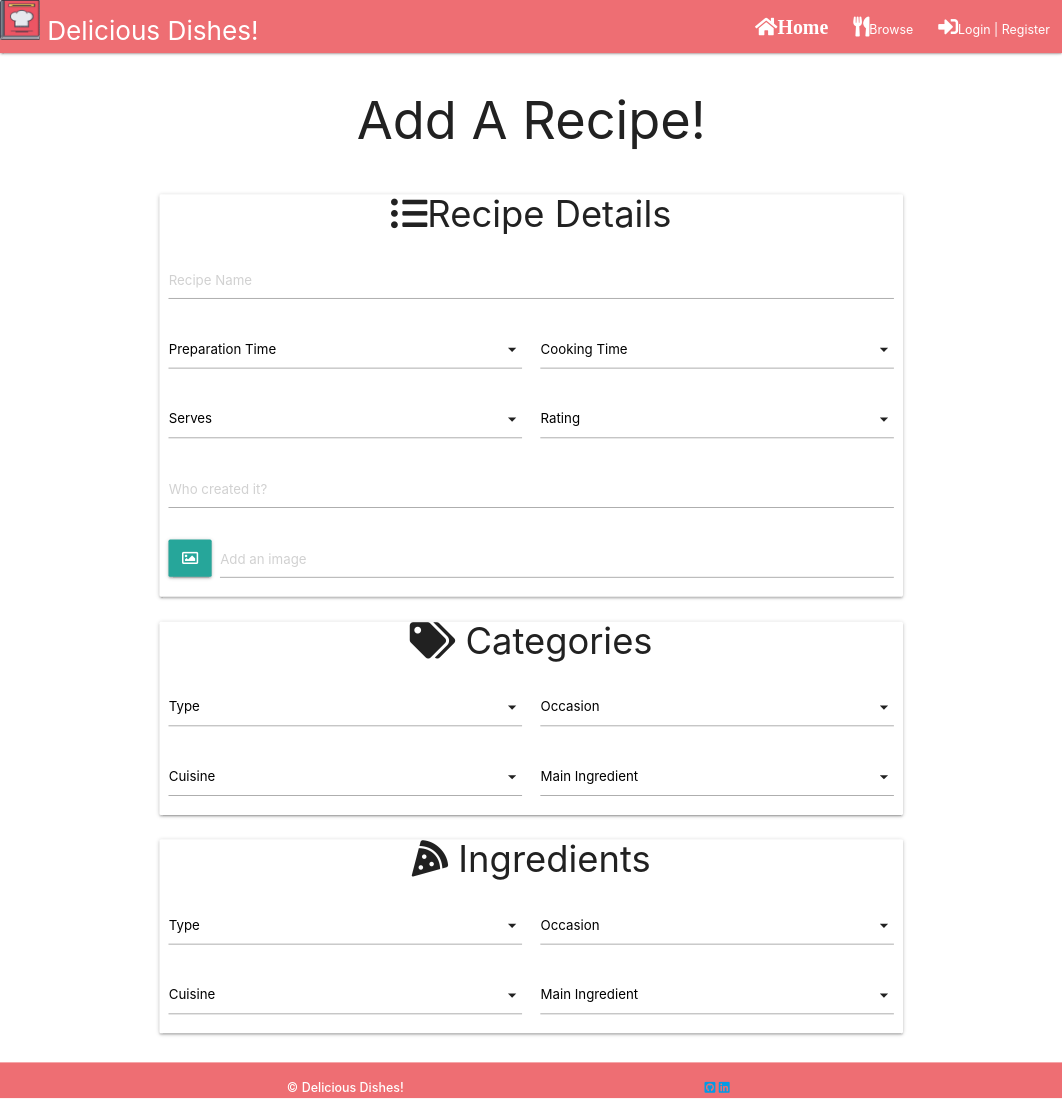
Repository: hebs87/cookbook-milestone-project-three
Page: http://localhost/add_recipe
The author's editor kept a record of every edit. The page is drawn from the files as they stood at one moment, then again after the next edit.
The browser window is 1280 px wide. The pictures show the whole page, at 83% of full size.
Some web libraries are served in a nearby version. The page is served by the project's application, run on Flask 3 (app.py). Other server files are loaded and not shown.

Above is the page before.

### templates/add_recipe.html
{% extends "base.html" %} {% block content %}

<!--Page Title-->
<div class="row center-align">
    <div class="col s12">
        <h1 class="title"> Add A Recipe!</h1>
    </div>
</div>

<!--ADD RECIPE FORM WITH NESTED CARDS FOR RELEVANT SECTIONS-->
<div class="row center-align">
    <form method="GET" action="">

        <!--Recipe Details Card-->
        <div class="row card z-depth-1">
            <!--Card Title-->
            <h3><i class="fas fa-list-ul"></i>Recipe Details</h3>
            <!--Recipe Name Field-->
            <div class="input-field col s12">
                <input id="name" name="name" type="text" placeholder="Recipe Name" class="form-control validate" required>
                <label for="name"></label>
            </div>
            <!--Prep Time Select-->
            <div class="input-field col s12 m6">
                <select id="prep_time" name="prep_time" class="form-control validate" required>
                    <option value="" disabled selected>Preparation Time</option>
                    <option value="">1</option>
                </select>
            </div>
            <!--Cook Time Select-->
            <div class="input-field col s12 m6">
                <select id="cook_time" name="cook_time" class="form-control validate" required>
                    <option value="" disabled selected>Cooking Time</option>
                    <option value="">1</option>
                </select>
            </div>
            <!--Serves Select-->
            <div class="input-field col s12 m6">
                <select id="serves" name="serves" class="form-control validate" required>
                    <option value="" disabled selected>Serves</option>
                    <option value="">1</option>
                </select>
            </div>
            <!--Rating Select-->
            <div class="input-field col s12 m6">
                <select id="rating" name="rating" class="form-control validate" required>
                    <option value="" disabled selected>Rating</option>
                    <option value="">1</option>
                </select>
            </div>
            <!--Author Field-->
            <div class="input-field col s12">
                <input id="author" name="Author" type="text" placeholder="Who created it?" class="form-control validate" required>
            </div>
            <!--Image File Input-->
            <div class="file-field input-field col s12">
                <div class="btn">
                    <i class="far fa-image"></i>
                    <input type="file" name="img">
                </div>
                <div class="file-path-wrapper">
                    <input class="file-path validate" name="file_path" placeholder="Add an image" type="text">
                </div>
            </div>
        </div>

        <!--Recipe Categories Card-->
        <div class="row card z-depth-1">
            <!--Card Title-->
            <h3><i class="fas fa-tags"></i> Categories</h3>
            <!--Type Select-->
            <div class="input-field col s12 m6">
                <select id="type" name="type" class="form-control validate" required>
                    <option value="" disabled selected>Type</option>
                    <option value="">1</option>
                </select>
            </div>
            <!--Occasion Select-->
            <div class="input-field col s12 m6">
                <select id="occasion" name="occasion" class="form-control validate" required>
                    <option value="" disabled selected>Occasion</option>
                    <option value="">1</option>
                </select>
            </div>
            <!--Cuisine Select-->
            <div class="input-field col s12 m6">
                <select id="cuisine" name="cuisine" class="form-control validate" required>
                    <option value="" disabled selected>Cuisine</option>
                    <option value="">1</option>
                </select>
            </div>
            <!--Main Ingredient Select-->
            <div class="input-field col s12 m6">
                <select id="main_ing" name="main_ing" class="form-control validate" required>
                    <option value="" disabled selected>Main Ingredient</option>
                    <option value="">1</option>
                </select>
            </div>
        </div>

        <!--Ingredients Card-->
        <div class="row card z-depth-1">
            <!--Card Title-->
            <h3><i class="fas fa-pizza-slice"></i> Ingredients</h3>
            <!--Ingredient Field-->
            <div class="input-field col s12 m6">
                <select id="prep_time" name="prep_time" class="form-control validate" required>
                    <option value="" disabled selected>Type</option>
                    <option value="">1</option>
                </select>
            </div>
            <!--Occasion Select-->
            <div class="input-field col s12 m6">
                <select id="cook_time" name="cook_time" class="form-control validate" required>
                    <option value="" disabled selected>Occasion</option>
                    <option value="">1</option>
                </select>
            </div>
            <!--Cuisine Select-->
            <div class="input-field col s12 m6">
                <select id="serves" name="serves" class="form-control validate" required>
                    <option value="" disabled selected>Cuisine</option>
                    <option value="">1</option>
                </select>
            </div>
            <!--Main Ingredient Select-->
            <div class="input-field col s12 m6">
                <select id="rating" name="rating" class="form-control validate" required>
                    <option value="" disabled selected>Main Ingredient</option>
                    <option value="">1</option>
                </select>
            </div>
        </div>

    </form>
</div>

{% endblock %}

### templates/base.html
<!DOCTYPE html>
<html lang="en">

<head>

    <!--Link for Favicon-->
    <link rel="icon" sizes="192x192" href="{{ url_for('static', filename='img/favicon.png') }}" type="image/x-icon">
    <meta charset="UTF-8">
    <meta name="viewport" content="width=device-width, initial-scale=1.0">
    <meta http-equiv="X-UA-Compatible" content="ie=edge">
    <title>Delicious Dishes!</title>

    <!--Link for Materialize-->
    <link rel="stylesheet" href="https://cdnjs.cloudflare.com/ajax/libs/materialize/1.0.0/css/materialize.min.css">
    <!--Link for FontAwesome-->
    <link rel="stylesheet" href="https://use.fontawesome.com/releases/v5.8.2/css/all.css" integrity="sha384-oS3vJWv+0UjzBfQzYUhtDYW+Pj2yciDJxpsK1OYPAYjqT085Qq/1cq5FLXAZQ7Ay" crossorigin="anonymous">
    <!--Link for custom CSS sheet-->


</head>

<body>

    <!--HEADER-->
    <header class="container-fluid">
        <!--NAVBAR-->
        <!--Main Nav-->
        <nav class="nav-extended">
            <div class="nav-wrapper">
                <a href="{{ url_for('index') }}" class="brand-logo"><img src="{{ url_for('static', filename='img/favicon.png') }}" alt="Delicious Dishes Chef Logo" lazyload="on">
                    Delicious Dishes!
                </a>
                <a href="#" data-target="mobile-demo" class="sidenav-trigger">
                    <i class="fas fa-bars" aria-hidden="true"></i>
                </a>
                <ul id="nav-mobile" class="right hide-on-med-and-down">
                    <li>
                        <a href="{{ url_for('index') }}">
                            <i class="fas fa-home" aria-hidden="true">Home</i>
                        </a>
                    </li>
                    <li>
                        <a href="#">
                            <i class="fas fa-utensils" aria-hidden="true"></i>Browse
                        </a>
                    </li>
                    <!--Additional options if user is logged in-->
                    {% if session.user %}
                        <li>
                            <a href="#">
                                <i class="fas fa-user" aria-hidden="true"></i>{{ session['user'] }}
                            </a>
                        </li>
                        <li>
                            <a href="{{ url_for('add_recipe') }}">
                                <i class="fas fa-plus" aria-hidden="true"></i>Add Recipe
                            </a>
                        </li>
                        <li>
                            <a href="{{ url_for('logout') }}">
                                <i class="fas fa-sign-out-alt" aria-hidden="true"></i>Logout
                            </a>
                        </li>
                    <!--If there is no user in session-->
                    {% else %}
                        <li>
                            <a href="{{ url_for('login_register') }}">
                                <i class="fas fa-sign-in-alt" aria-hidden="true"></i>Login | Register
                            </a>
                        </li>
                    {% endif %}
                </ul>
            </div>
        </nav>
        <!--End Main Nav-->
        <!--Mobile Side Nav-->
        <ul class="sidenav" id="mobile-demo">
            <li>
                <a href="{{ url_for('index') }}" class="brand-logo">
                    <h4>Delicious Dishes!</h4>
                </a>
            <li>
                <a href="{{ url_for('index') }}">
                    <i class="fas fa-home" aria-hidden="true"></i>Home
                </a>
            </li>
            <li>
                <a href="#">
                    <i class="fas fa-utensils" aria-hidden="true"></i>Browse
                </a>
            </li>
            <!--Additional options if user is logged in-->
            {% if session.user %}
                <li>
                    <a href="#">
                        <i class="fas fa-user" aria-hidden="true"></i>{{ session['user'] }}
                    </a>
                </li>
                <li>
                    <a href="{{ url_for('add_recipe') }}">
                        <i class="fas fa-plus" aria-hidden="true"></i>Add Recipe
                    </a>
                </li>
                <li>
                    <a href="{{ url_for('logout') }}">
                        <i class="fas fa-sign-out-alt" aria-hidden="true"></i>Logout
                    </a>
                </li>
            <!--If there is no user in session-->
            {% else %}
                <li>
                    <a href="{{ url_for('login_register') }}">
                        <i class="fas fa-sign-in-alt" aria-hidden="true"></i>Login | Register
                    </a>
                </li>
            {% endif %}
        </ul>
        <!--End Mobile Side Nav-->
        <!--END NAVBAR-->

    </header>
    <!--END HEADER-->

    <!--MAIN CONTENT-->
    <main>
        <div class="container">
            <!--Flashed messages to appear at the top of the page, below the Navbar-->
            {% with messages = get_flashed_messages() %}
                {% if messages %}
                    <ul class="flashes center-align">
                        {% for message in messages %}
                        <li>{{ message }}</li>
                        {% endfor %}
                    </ul>
                {% endif %}
            {% endwith %}

            <!--Main content-->
            {% block content %} {% endblock %}
        </div>
    </main>
    <!--END MAIN CONTENT-->

    <!--FOOTER-->
    <footer class="page-footer">
        <div class="container">
            <div class="row center-align">
                <div class="col s12 m6">
                    &copy; <strong>Delicious Dishes!</strong>
                </div>
                <div class="col s12 m6">
                    <a href="https://github.com/hebs87/cookbook-milestone-project-three" target="_blank" rel="noopener" aria-label="GitHub - hebs87">
                        <i class="fab fa-github-square" title="hebs87" aria-hidden="true"></i>
                    </a>
                    <a href="https://www.linkedin.com/in/sunny-hebbar-0b3008174/" target="_blank" rel="noopener" aria-label="LinkedIn - Sunny-Hebbar">
                        <i class="fab fa-linkedin" title="Sunny-Hebbar" aria-hidden="true"></i>
                    </a>
                </div>
            </div>
        </div>
    </footer>
    <!--END FOOTER-->

    <!--Script tag for jQuery-->
    <script src="https://code.jquery.com/jquery-3.4.1.min.js" integrity="sha256-CSXorXvZcTkaix6Yvo6HppcZGetbYMGWSFlBw8HfCJo=" crossorigin="anonymous"></script>
    <!--Script tag for Materialize-->
    <script src="https://cdnjs.cloudflare.com/ajax/libs/materialize/1.0.0/js/materialize.min.js"></script>
    <!--Script tag for custom JS file-->
    <script src="{{ url_for('static', filename='js/script.js') }}"></script>

</body>

</html>

### app.py
import os, json, math
import re
from flask import Flask, render_template, redirect, request, session, g, url_for, flash, Markup
from flask_pymongo import PyMongo
from bson.objectid import ObjectId
from werkzeug.security import check_password_hash, generate_password_hash

# Instance of Flask
app = Flask(__name__)

# Config Flask app and connect to database
app.config["MONGO_DBNAME"] = 'onlineCookbook'
app.config["MONGO_URI"] = os.getenv('MONGO_URI')
# Secret key to enable user sessions for login and flash messages - generates random string
app.secret_key = os.urandom(24)

# Instance of PyMongo
mongo = PyMongo(app)

# DB collection variables
recipes_coll = mongo.db.recipes
rating_coll = mongo.db.ratings
categories_coll = mongo.db.categories
serves_coll = mongo.db.serves
time_coll = mongo.db.time
users_coll = mongo.db.userLogin

# Route to index.html
@app.route('/')
def index():
    return render_template("index.html")

# User login sessions/logout
@app.route('/login_register')
def login_register():
    return render_template("login_register.html")

@app.route('/login', methods=["GET", "POST"])
def login():
    '''
    Login
    Checks that the user exists, and that user's password matches the
    hased password in the database
    '''
    if request.method == "POST":

        username = request.form.get('username').lower()
        password = request.form.get("password")
        existing_user = users_coll.find_one({"username": username})

        # Check if username exists and user's password matches the hashed password
        if existing_user and check_password_hash(existing_user["password"], password):
            flash(Markup("Welcome back " + username + ", you're now logged in!"))
            session['user'] = username
            return redirect(url_for('index'))
        # If either the username or password don't match, generic flash message is displayed
        else:
            flash(Markup("It appears those details don't match what we have, please try again."))
            return redirect(url_for('login'))

    return render_template("login_register.html")

@app.route('/register', methods=["GET", "POST"])
def register():
    '''
    Create new user/register new account
    Checks that the user doesn't already exist, and that length of username
    and password is between 6-15 characters
    Uses generate_password_hash to hash user's password in the database
    '''
    if request.method == "POST":

        new_username = request.form.get('new_username').lower()
        new_password = request.form.get("new_password")

        # Check username and password are alphanumeric
        for letter in new_username:
            if not letter.isalnum():
                flash(Markup("Usernames must be alphanumeric only. Please try another one."))
                return redirect(url_for('register'))
        for letter in new_password:
            if not letter.isalnum():
                flash(Markup("Passwords must be alphanumeric only. Please try another one."))
                return redirect(url_for('register'))

        # Check username and password are between 6-15 characters
        if len(new_username) < 5 or len(new_username) > 15:
            flash(Markup("Usernames must be between 5 and 15 characters. Please try again."))
            return redirect(url_for('register'))
        if len(new_password) < 5 or len(new_password) > 15:
            flash(Markup("Passwords must be between 5 and 15 characters. Please try again."))
            return redirect(url_for('register'))

        # Check if username already exists
        existing_user = users_coll.find_one({"username": new_username})
        if existing_user:
            flash(Markup("Sorry, " + new_username + " is already taken! Please choose another one!"))
            return redirect(url_for('register'))

        # If all checks pass, add user to the database and hash the password
        users_coll.insert_one({
            "username": new_username,
            "password": generate_password_hash(new_password)
        })
        session['user'] = new_username
        flash(Markup("Welcome " + new_username + ", you're now logged in!"))
        return redirect(url_for('index'))

    return render_template("login_register.html")

@app.route('/logout')
def logout():
    '''
    Remove the session cookie and end the user session
    '''
    session.pop('user', None)
    flash(Markup("You were successfully logged out"))
    return redirect(url_for('index'))

@app.before_request
def before_request():
    '''
    Checks if the user is logged in before each request
    '''
    g.user = None
    if 'user' in session:
        g.user = session['user']

# Route to add_recipe.html
@app.route('/add_recipe')
def add_recipe():
    return render_template("add_recipe.html")

if __name__ == '__main__':
    app.run(host=os.getenv("IP", "0.0.0.0"),
            port=int(os.getenv("PORT", "5000")),
            debug=False)

### static/js/script.js
//Initialize Mobile Side Nav
$('.sidenav').sidenav();
//Initialize Tabs
$('.tabs').tabs();
//Initialize Select Form
$('select').formSelect();

After the next edit:
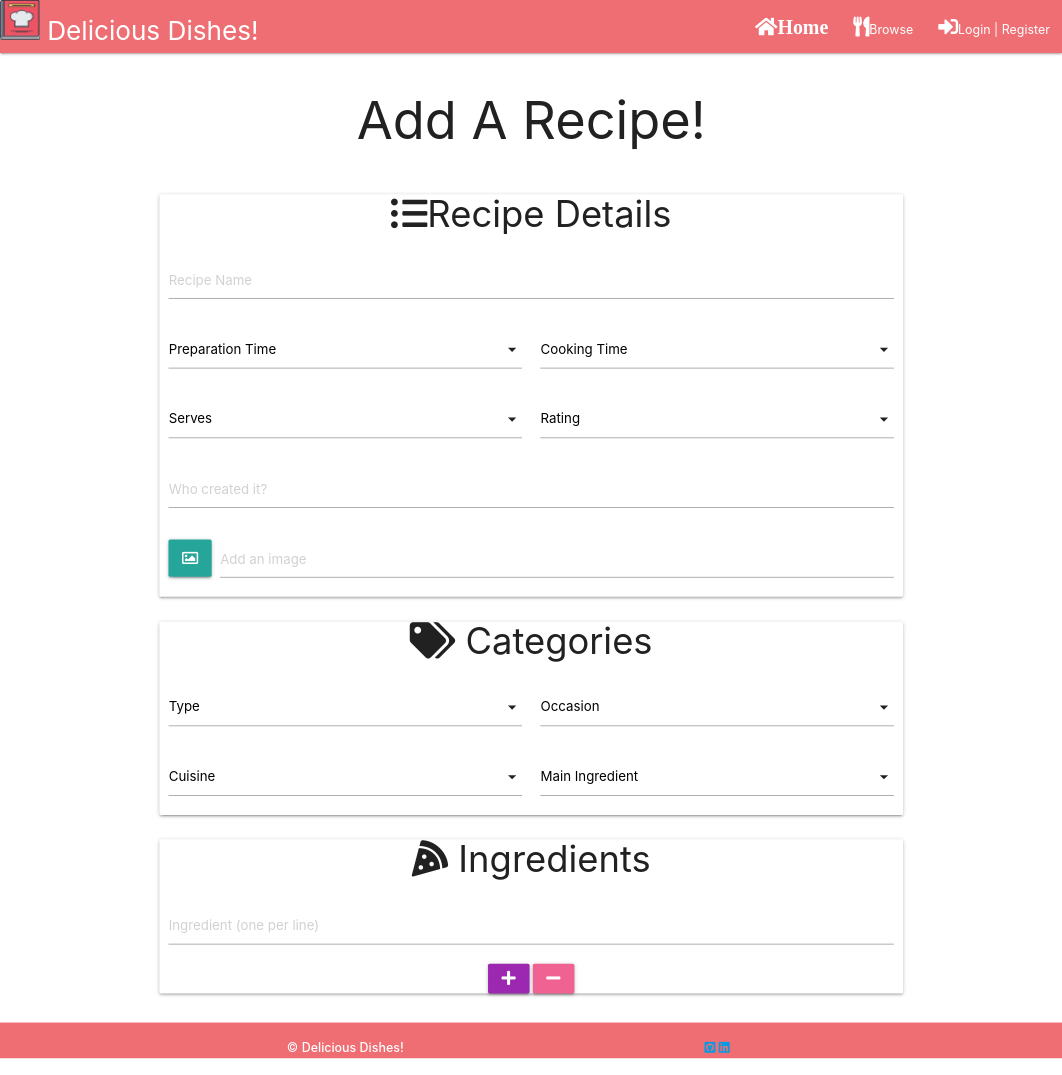
The edit:
--- a/templates/add_recipe.html
+++ b/templates/add_recipe.html
@@ -103,33 +103,19 @@
             <!--Card Title-->
             <h3><i class="fas fa-pizza-slice"></i> Ingredients</h3>
             <!--Ingredient Field-->
-            <div class="input-field col s12 m6">
-                <select id="prep_time" name="prep_time" class="form-control validate" required>
-                    <option value="" disabled selected>Type</option>
-                    <option value="">1</option>
-                </select>
+            <div class="input-field col s12">
+                <input id="ingredients" name="ingredients" type="text" placeholder="Ingredient (one per line)" class="form-control validate" required>
+                <label for="ingredients"></label>
             </div>
-            <!--Occasion Select-->
-            <div class="input-field col s12 m6">
-                <select id="cook_time" name="cook_time" class="form-control validate" required>
-                    <option value="" disabled selected>Occasion</option>
-                    <option value="">1</option>
-                </select>
-            </div>
-            <!--Cuisine Select-->
-            <div class="input-field col s12 m6">
-                <select id="serves" name="serves" class="form-control validate" required>
-                    <option value="" disabled selected>Cuisine</option>
-                    <option value="">1</option>
-                </select>
-            </div>
-            <!--Main Ingredient Select-->
-            <div class="input-field col s12 m6">
-                <select id="rating" name="rating" class="form-control validate" required>
-                    <option value="" disabled selected>Main Ingredient</option>
-                    <option value="">1</option>
-                </select>
-            </div>
+            <!---->
+            <button type="button" class="add-ingredient btn purple text-shadow-2">
+                <i class="fas fa-plus material-icons" aria-hidden="true"></i>
+            </button>
+
+            <!-- remove last ingredient -->
+            <button type="button" class="remove-ingredient btn pink lighten-2 text-shadow-2">
+                <i class="fas fa-minus material-icons" aria-hidden="true"></i>
+            </button>
         </div>
 
     </form>
